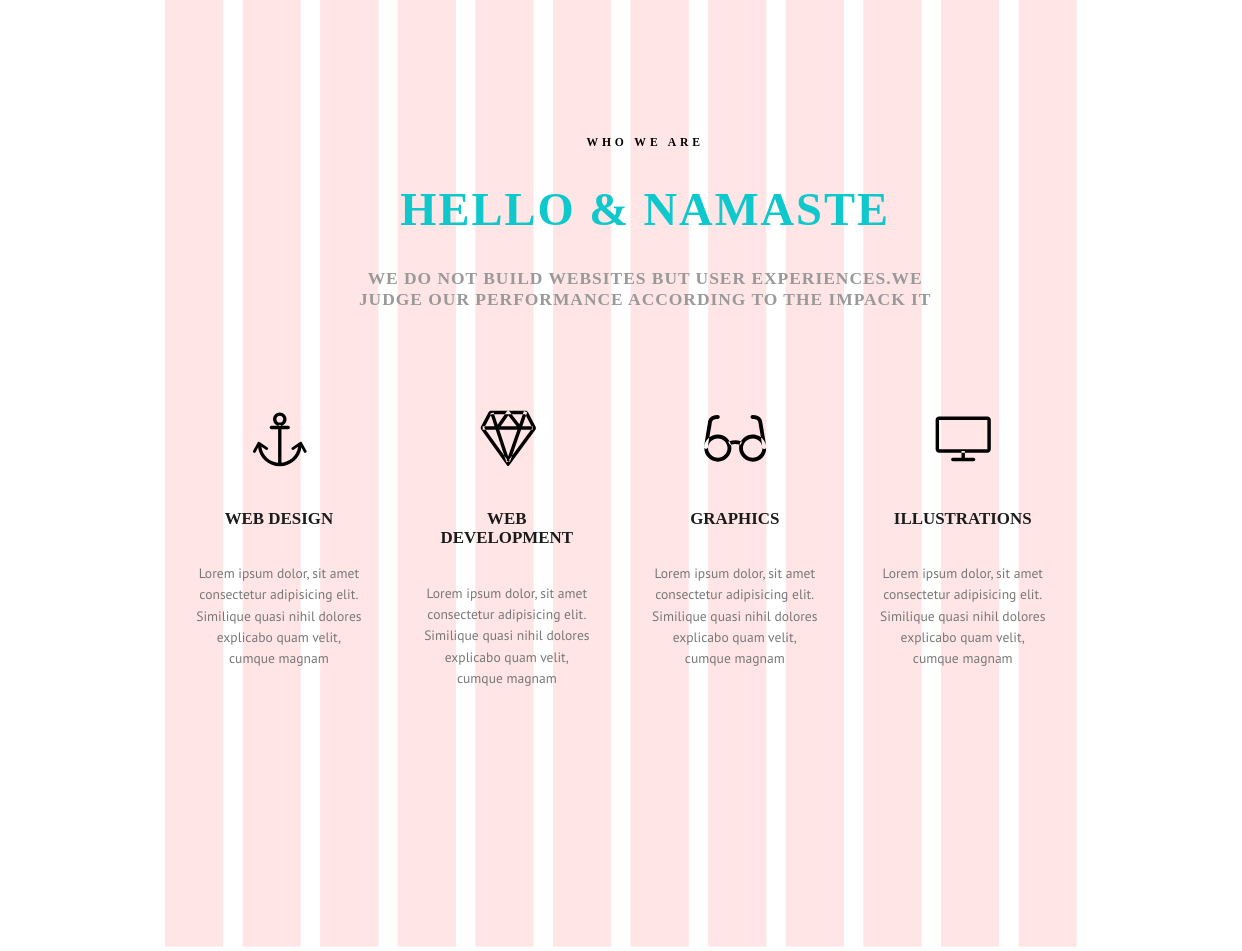
Repository: shpakovskaya/github.io
Page: boxsizing/namastegreen/index.html
These files come from the project's save history. The page is drawn as it stood at one moment and after the next save; the edit follows.
The browser window is 1280 px wide. The pictures show the whole page, at 97% of full size.

Above is the page before, as saved 2021-11-24 17:07:15.

### boxsizing/namastegreen/index.html
<!DOCTYPE html>
<html lang="en">
  <head>
    <meta charset="UTF-8" />
    <meta http-equiv="X-UA-Compatible" content="IE=edge" />
    <meta name="viewport" content="width=device-width, initial-scale=1.0" />
    <title>namaste_green</title>
    <link
      rel="stylesheet"
      href="https://cdnjs.cloudflare.com/ajax/libs/normalize/8.0.1/normalize.min.css"
      integrity="sha512-NhSC1YmyruXifcj/KFRWoC561YpHpc5Jtzgvbuzx5VozKpWvQ+4nXhPdFgmx8xqexRcpAglTj9sIBWINXa8x5w=="
      crossorigin="anonymous"
      referrerpolicy="no-referrer"
    />
    <link
      rel="shortcut icon"
      href="./free-icon-sahasrara-5937794.ico"
      type="image/x-icon"
    />
    <!-- Fonts -->
    <link rel="stylesheet" href="./montserrat/Montserrat-Regular.ttf" />
    <link rel="stylesheet" href="./montserrat/Montserrat-Bold.ttf" />
    <link rel="preconnect" href="https://fonts.googleapis.com" />
    <link rel="preconnect" href="https://fonts.gstatic.com" crossorigin />
    <link
      href="https://fonts.googleapis.com/css2?family=PT+Sans&display=swap"
      rel="stylesheet"
    />
    <link rel="stylesheet" href="./style.css" />
  </head>
  <body>
    <!-- Background -->
    <div class="conteiner">
      <img
        src="./img/1b0eb2e9-f134-46c9-915e-629d914347aa (1).png"
        alt="background"
      />
      <!-- Header -->
      <header class="header conteiner">
        <header class="header__wrapper">
          <h5 class="e-header__one">WHO WE ARE</h5>
          <h2 class="e-header__two">HELLO & NAMASTE</h2>
          <h4 class="e-header__three">
            WE DO NOT BUILD WEBSITES BUT USER EXPERIENCES.WE
            <br />JUDGE OUR PERFORMANCE ACCORDING TO THE IMPACK IT
          </h4>
        </header>
      </header>
      <!-- Main content -->
      <div class="wrapper">
        <!-- Anchor item -->
        <div class="c-wrapper__anchor">
          <div class="e-wrapper__anchor">
            <svg
              version="1.2"
              baseprofile="tiny-ps"
              xmlns="http://www.w3.org/2000/svg"
              viewbox="0 0 69 74"
              width="64"
              height="64"
            >
              <path
                id="Anchor"
                class="shp0"
                d="M35 70.19C21.76 70.19 10.62 60.29 9.08 47.16C8.95 46.06 9.73 45.07 10.83 44.94C11.92 44.8 12.92 45.59 13.05 46.69C14.35 57.81 23.79 66.19 35 66.19C46.19 66.19 55.63 57.82 56.95 46.73C57.08 45.63 58.07 44.84 59.17 44.98C60.27 45.11 61.06 46.1 60.92 47.2C59.36 60.31 48.22 70.19 35 70.19ZM35 69.68C33.89 69.68 33 68.79 33 67.68L33 22.56C33 21.45 33.89 20.56 35 20.56C36.1 20.56 37 21.45 37 22.56L37 67.68C37 68.79 36.1 69.68 35 69.68ZM35.03 9.94C37.27 9.94 39.09 11.76 39.09 14C39.09 16.24 37.27 18.06 35.03 18.06C32.79 18.06 30.97 16.24 30.97 14C30.97 11.76 32.79 9.94 35.03 9.94M35.03 5.94C30.58 5.94 26.97 9.55 26.97 14C26.97 18.45 30.58 22.06 35.03 22.06C39.48 22.06 43.09 18.45 43.09 14C43.09 9.55 39.48 5.94 35.03 5.94L35.03 5.94ZM59.4 45.16L51.49 50.54C50.81 50.97 49.89 50.95 49.48 50.25L49.07 49.8C48.67 49.1 48.89 48.18 49.57 47.74L58.67 41.6C58.68 41.59 58.69 41.58 58.7 41.57L59.32 41.17C59.66 40.95 60.05 40.9 60.4 40.99C60.76 41.07 61.09 41.3 61.29 41.65L61.66 42.28C61.67 42.3 61.66 42.31 61.67 42.32L66.81 51.78C67.22 52.48 67 53.39 66.32 53.83L65.75 54.05C65.07 54.48 64.23 54.09 63.82 53.39L59.4 45.16ZM6.18 53.39C5.77 54.09 4.93 54.48 4.25 54.05L3.68 53.83C3 53.39 2.78 52.48 3.19 51.78L8.33 42.32C8.34 42.31 8.33 42.3 8.34 42.28L8.71 41.65C8.91 41.3 9.24 41.07 9.6 40.99C9.95 40.9 10.34 40.95 10.68 41.17L11.3 41.57C11.31 41.58 11.32 41.59 11.33 41.6L20.43 47.74C21.11 48.18 21.33 49.1 20.93 49.8L20.52 50.25C20.11 50.95 19.19 50.97 18.51 50.54L10.6 45.16L6.18 53.39ZM25 22L45 22C46.1 22 47 22.89 47 24C47 25.1 46.1 26 45 26L25 26C23.9 26 23 25.1 23 24C23 22.89 23.9 22 25 22Z"
              />
            </svg>
          </div>
          <div class="title">
            <h5 class="title__anchor">WEB DESIGN</h5>
          </div>
          <div class="text__anchor">
            <span
              >Lorem ipsum dolor, sit amet consectetur adipisicing elit.
              Similique quasi nihil dolores explicabo quam velit, cumque magnam
            </span>
          </div>
        </div>
        <!-- Diamond item -->
        <div class="c-wrapper__diamond">
          <div class="e-wrapper__diamond">
            <svg
              version="1.2"
              baseprofile="tiny-ps"
              xmlns="http://www.w3.org/2000/svg"
              viewbox="0 0 74 72"
              width="66"
              height="64"
            >
              <path
                id="Diamond"
                class="shp0"
                d="M57.75 7.98L66.06 23.88L37.94 62.17L10.27 23.59L18.57 7.98L57.75 7.98M58.17 3.98L18.17 3.98C17.07 3.98 15.74 4.77 15.23 5.75L6.51 22.14C5.99 23.11 6.09 24.63 6.73 25.53L36.74 67.35C37.06 67.8 37.49 68.03 37.91 68.03C38.34 68.03 38.76 67.81 39.09 67.36L69.58 25.85C70.23 24.96 70.35 23.44 69.84 22.47L61.09 5.75C60.58 4.78 59.27 3.98 58.17 3.98L58.17 3.98ZM66.42 25.98L8.42 25.98L8.42 21.98L66.42 21.98L66.42 25.98ZM36.02 63.61L17.27 7.11L21.06 5.85L39.81 62.35L36.02 63.61ZM39.96 63.18L36.18 61.86L56.28 4.32L60.06 5.64L39.96 63.18ZM27.14 25.12L23.86 22.83L36.39 4.83C36.76 4.31 37.35 3.99 37.98 3.97C38.59 3.98 39.22 4.24 39.61 4.75L53.08 22.08L49.92 24.54L38.12 9.35L27.14 25.12Z"
              />
            </svg>
          </div>
          <div class="title">
            <h5 class="title__diamond">WEB DEVELOPMENT</h5>
          </div>
          <div class="text__diamond">
            <span
              >Lorem ipsum dolor, sit amet consectetur adipisicing elit.
              Similique quasi nihil dolores explicabo quam velit, cumque magnam
            </span>
          </div>
        </div>
        <!-- Eyeglasses item -->
        <div class="c-wrapper__eyeglasses">
          <div class="e-wrapper__eyeglasses">
            <svg
              version="1.2"
              baseprofile="tiny-ps"
              xmlns="http://www.w3.org/2000/svg"
              viewbox="0 0 64 48"
              width="64"
              height="64"
            >
              <path
                id="Eyeglasses"
                class="shp0"
                d="M1.91 34.69C1.86 34.69 1.81 34.69 1.77 34.69C0.66 34.61 -0.17 33.65 -0.09 32.55C-0.03 31.68 3.03 12.72 3.54 9.66C3.59 9.37 3.62 9.06 3.67 8.73C4.06 5.65 4.79 -0.06 14.01 -0.06C15.12 -0.06 16.01 0.83 16.01 1.94C16.01 3.04 15.12 3.94 14.01 3.94C8.31 3.94 8.01 6.28 7.63 9.24C7.59 9.62 7.54 9.98 7.48 10.32C7.09 12.7 4.32 26.99 3.9 32.83C3.83 33.89 2.95 34.69 1.91 34.69ZM62.09 34.82C61.05 34.82 59.97 34.01 59.9 32.96C59.48 27.12 56.71 12.7 56.32 10.32C56.26 9.98 56.21 9.62 56.17 9.24C55.79 6.28 55.49 3.94 49.79 3.94C48.69 3.94 47.79 3.04 47.79 1.94C47.79 0.83 48.69 -0.06 49.79 -0.06C59.01 -0.06 59.74 5.65 60.13 8.73C60.18 9.06 60.21 9.37 60.26 9.66C60.77 12.72 64.03 31.81 64.09 32.67C64.17 33.78 63.34 34.73 62.23 34.81C62.19 34.82 62.14 34.82 62.09 34.82ZM14.08 24.02C19.58 24.02 24.04 28.48 24.04 33.98C24.04 39.47 19.58 43.94 14.08 43.94C8.57 43.94 3.92 39.38 3.92 33.98C3.92 28.58 8.57 24.02 14.08 24.02M14.08 20.02C6.37 20.02 -0.08 26.27 -0.08 33.98C-0.08 41.69 6.37 47.94 14.08 47.94C21.79 47.94 28.04 41.69 28.04 33.98C28.04 26.27 21.79 20.02 14.08 20.02L14.08 20.02ZM50.08 24.02C55.57 24.02 60.04 28.48 60.04 33.98C60.04 39.47 55.57 43.94 50.08 43.94C44.57 43.94 39.91 39.38 39.91 33.98C39.91 28.58 44.57 24.02 50.08 24.02M50.08 20.02C42.37 20.02 35.91 26.27 35.91 33.98C35.91 41.69 42.37 47.94 50.08 47.94C57.79 47.94 64.04 41.69 64.04 33.98C64.04 26.27 57.79 20.02 50.08 20.02L50.08 20.02ZM26.87 30.96L24.69 27.6C24.97 27.42 27.51 25.83 31.98 25.83C36.25 25.83 38.86 27.23 39.15 27.39L37.18 30.88C37.18 30.88 35.21 29.83 31.98 29.83C28.71 29.83 26.89 30.94 26.87 30.96Z"
              />
            </svg>
          </div>
          <div class="title">
            <h5 class="title__eyeglasses">GRAPHICS</h5>
          </div>
          <div class="text__eyeglasses">
            <span
              >Lorem ipsum dolor, sit amet consectetur adipisicing elit.
              Similique quasi nihil dolores explicabo quam velit, cumque magnam
            </span>
          </div>
        </div>
        <!-- Monitor item -->
        <div class="c-wrapper__monitor">
          <div class="e-wrapper__monitor">
            <svg
              version="1.2"
              baseprofile="tiny-ps"
              xmlns="http://www.w3.org/2000/svg"
              viewbox="0 0 72 65"
              width="64"
              height="64"
            >
              <path
                id="Monitor"
                class="shp0"
                d="M64 10.98L64 44.99L8 44.99L8 10.98L64 10.98M64 6.98L8 6.98C5.8 6.98 4 8.78 4 10.98L4 44.99C4 47.19 5.8 48.99 8 48.99L64 48.99C66.2 48.99 68 47.19 68 44.99L68 10.98C68 8.78 66.2 6.98 64 6.98L64 6.98ZM38 47L38 55L48 55C49.1 55 50 55.9 50 57C50 58.1 49.1 59 48 59L24 59C22.9 59 22 58.1 22 57C22 55.9 22.9 55 24 55L34 55L34 47L38 47Z"
              />
            </svg>
          </div>
          <div class="title">
            <h5 class="title__monitor">ILLUSTRATIONS</h5>
          </div>
          <div class="text__monitor">
            <span
              >Lorem ipsum dolor, sit amet consectetur adipisicing elit.
              Similique quasi nihil dolores explicabo quam velit, cumque magnam
            </span>
          </div>
        </div>
      </div>
    </div>
  </body>
</html>

### boxsizing/namastegreen/style.css
* {
  margin: 0;
  padding: 0;
  box-sizing: border-box;
}

.conteiner {
  max-width: 1280px;
  max-height: 976px;
  position: relative;
}

/* Header */
.header {
  position: absolute;
  top: 0px;
  left: 370px;
}

.header__wrapper {
  margin-top: 140px;
  text-align: center;
  /* display: flex;
  flex-direction: column; */
  /* justify-content: center; */
}
.e-header__one {
  font-size: 12px;
  font-family: Montserrat bold;
  letter-spacing: 4px;
  margin-bottom: 34px;
}

.e-header__two {
  font-size: 48px;
  font-family: Montserrat regular;
  color: #0ec8cb;
  margin-bottom: 34px;
  letter-spacing: 2px;
}

.e-header__three {
  font-size: 18px;
  letter-spacing: 1px;
  color: #999999;
}

/* Items */
.wrapper {
  position: absolute;
  top: 420px;
  left: 170px;
  display: flex;
  flex-direction: row;
  text-align: center;

  max-width: 940px;
  min-height: 418px;
}

.e-wrapper__anchor {
  display: inline-block;
  align-content: center;
}

/* Title */
.title {
  color: #1b1b1b;
  margin: 36px;
  font-size: 21px;
  font-family: "Montserrat";
}

/* Text */
.text__diamond,
.text__anchor,
.text__eyeglasses,
.text__monitor {
  margin: 32px;
  color: #777777;
  font-size: 14px;
  line-height: 22px;
  font-family: "PT Sans";
  font-weight: 400;
}

/* Items hover */
#Anchor:hover {
  fill: white;
}

#Eyeglasses:hover {
  fill: white;
}
#Monitor:hover {
  fill: white;
}

#Diamond:hover {
  fill: white;
}

After the next save:
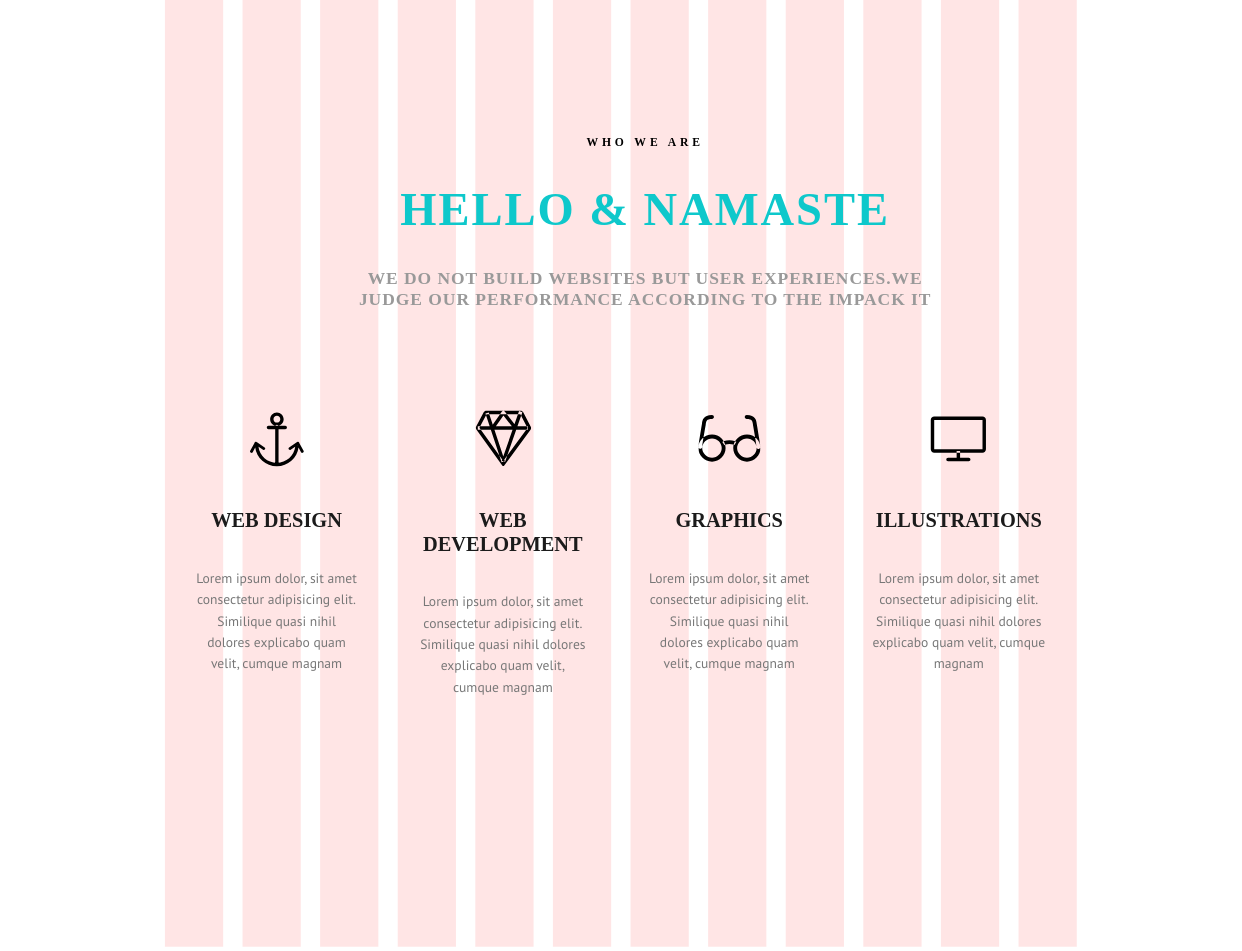
Saved 86 s later.
--- a/boxsizing/namastegreen/index.html
+++ b/boxsizing/namastegreen/index.html
@@ -67,7 +67,7 @@
             </svg>
           </div>
           <div class="title">
-            <h5 class="title__anchor">WEB DESIGN</h5>
+            <h4 class="title__anchor">WEB DESIGN</h4>
           </div>
           <div class="text__anchor">
             <span
@@ -95,7 +95,7 @@
             </svg>
           </div>
           <div class="title">
-            <h5 class="title__diamond">WEB DEVELOPMENT</h5>
+            <h4 class="title__diamond">WEB DEVELOPMENT</h4>
           </div>
           <div class="text__diamond">
             <span
@@ -123,7 +123,7 @@
             </svg>
           </div>
           <div class="title">
-            <h5 class="title__eyeglasses">GRAPHICS</h5>
+            <h4 class="title__eyeglasses">GRAPHICS</h4>
           </div>
           <div class="text__eyeglasses">
             <span
@@ -151,7 +151,7 @@
             </svg>
           </div>
           <div class="title">
-            <h5 class="title__monitor">ILLUSTRATIONS</h5>
+            <h4 class="title__monitor">ILLUSTRATIONS</h4>
           </div>
           <div class="text__monitor">
             <span
